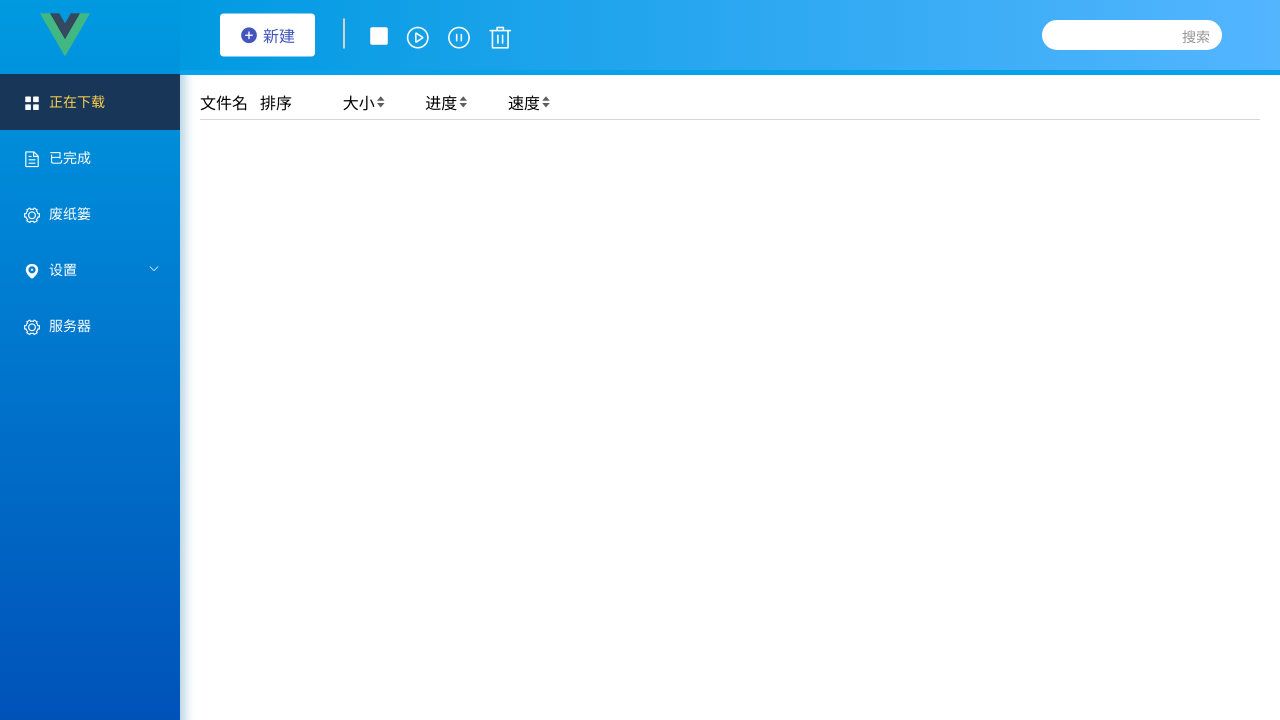
Repository: Ahui-qn/Aria2
Page: /
The author's editor kept a copy of each file at every save. The page is drawn from the files as they stood at one save, then again after the next save.
The browser window is 1280 px wide. The pictures show the whole page.
The page's requests for data from a server got no answer. The project was rebuilt for these pictures with package versions that can differ from the ones it lists, and the page was loaded fresh each time. No one was signed in, and anything a server would have sent is missing. Also part of the build but not shown: src/components/Tables.vue.

Above is the page before, as saved 2021-11-03 11:31:40.

### src/main.js
import Vue from "vue";
import App from "./App.vue";
import router from "./router";
import store from "./store";
import Aria2Client from "./aria2-client.js"
import ElementUI from 'element-ui'
import 'element-ui/lib/theme-chalk/index.css'
import './assets/global.css'

Vue.use(ElementUI)


Vue.config.productionTip = false;

window.aria3 = new Aria2Client({
                    host: 'localhost',
                    port: 6800,
                    secret: '123456',
                })


new Vue({
  router,
  store,
  render: (h) => h(App),
}).$mount("#app");

### src/App.vue
<style lang="less" scopen>
* {
    margin: 0;
    padding: 0;
    box-sizing: border-box;
}
#app {
    display: flex;
    height: 100%;
     .el {
         height: 100%;
        .outmost-menu {
            border: none;
            width: 180px;
            height: 100%;
            box-shadow:5px 10px 10px 0px #0069994c;
            background-image:linear-gradient(#009ae1, #0052b9);
            padding-top: 10px;
            i {
                color: white;
            }
            .frist {
                margin-top: 14px;
            }
            img {
                display: block;
                width: 50px;
                margin-left: 40px;
            }
            .el-submenu {
                .el-menu {
                    background-color: #1c66ab;
                    .el-menu-item {
                        min-width: 0;
                    }
                    .el-menu-item:focus {   // 设置分组里focus颜色
                        background-color: #173658;
                    }
                    .el-menu-item-group__title {
                        display: none;
                    }
                }
            }
            .is-active {       //设置分组外层的focus颜色
                background-color: #173658;
            }
            .el-menu-item:hover {
                background-color: #173658;
            }

            .el-submenu__title:hover {
                background-color: #173658;
            }
        }
    }
    header {
        flex-grow: 1;
        nav {
            height: 70px;
            width: 100%;
            background-image:linear-gradient(to right, #009ae1, #54b5ff);
            position: relative;
            box-shadow:#09a2e9 0px 5px 0px 0px;
            .edit-status {
                height: 100%;
                padding-left:20px;
                .new {
                    margin-left: 20px;
                    background-color: #fff;
                    position: absolute;
                    color: #4355bd;
                    top: 50%;
                    transform: translateY(-50%);
                    border: none;
                    font-size: 16px;
                    a {
                        text-decoration:none;
                        color: #4355bd;
                    }
                    i {
                        font-size: 18px;
                    }
                }
                .new::after {
                    content: '';
                    height: 30px;
                    width: 2px;
                    background-color: rgb(210, 210, 210);
                    position: absolute;
                    top: 5px;
                    right: -30px;
                }
                .el-button-group::before {
                    content: none;
                }
                .el-button-group {
                    display: flex;
                    justify-content: space-between;
                    align-items: center;
                    padding: 0;
                    height: 50px;
                    width: 160px;
                    position: absolute;
                    left: 190px;
                    top:53%;
                    transform: translateY(-50%);
                    .el-checkbox__inner{
                        width: 18px;
                        height: 18px;
                    }
                    .el-checkbox__inner::after{
                        width: 7px;
                        height: 13px;
                        transform:rotate(42deg) scaleY(1) translate(-1px,-2px);
                    }

                    .el-button--primary {
                        border:none
                    }
                    .el-button{
                        background-color: rgba(255, 127, 80, 0);
                        border-radius: 0;
                        padding: 0;
                        i {
                            font-size: 25px;
                        }
                    }
                }
                label.search {
                    position: absolute;
                    top: 50%;
                    right: 50px;
                    transform: translateY(-50%);
                    span {
                        color: rgb(150, 150, 150);
                        position: absolute;
                        top: 6px;
                        right: 20px;
                        font-weight: 200;
                        font-size: 14px;
                    }
                    input {
                        width: 180px;
                        height: 30px;
                        border-radius: 999px;
                        border: none;
                        margin-right: 8px;
                        padding: 0 10px;
                    }
                }
            }
        }
    }
}
</style>

<template>
    <div id="app">
        <div class="el">
            <el-menu class="outmost-menu" text-color="#fff" active-text-color="#ffd04b" :router="true" :default-active="currentPath()">
                <img class="" src="./assets/logo.png" alt="" />
                <el-menu-item class="frist" index="/">
                    <i class="el-icon-menu"></i>
                    <span slot="title">正在下载</span>
                </el-menu-item>
                <el-menu-item index="/completed">
                    <i class="el-icon-document"></i>
                    <span slot="title">已完成</span>
                </el-menu-item>
                <el-menu-item index="/deleted">
                    <i class="el-icon-setting"></i>
                    <span slot="title">废纸篓</span>
                </el-menu-item>
                <el-submenu index="/settings">
                    <template slot="title">
                        <i class="el-icon-location"></i>
                        <span>设置</span>
                    </template>
                    <el-menu-item-group>
                        <el-menu-item index="/settings/basic">基础设置</el-menu-item>
                        <el-menu-item index="/settings/http">HTTP设置</el-menu-item>
                        <el-menu-item index="/settings/rpc">RPC设置</el-menu-item>
                        <el-menu-item index="/settings/advanced">高级设置</el-menu-item>
                    </el-menu-item-group>
                </el-submenu>
                <el-menu-item index="/server">
                    <i class="el-icon-setting"></i>
                    <span slot="title">服务器</span>
                </el-menu-item>
            </el-menu>
        </div>
        <header>
            <nav>
                <div class="edit-status">
                    <router-link to="/new">
                        <el-button type="primary" class="new" icon="el-icon-circle-plus">新建</el-button>
                    </router-link>
                    <el-button-group>
                        <el-checkbox @change="selectAll"></el-checkbox>   <!--全选按钮 ,拿取到当前组件的内容传递过去-->
                        <el-button type="primary" icon="el-icon-video-play" @click.native="editStatus('unpause')"></el-button>  <!--开始按钮-->
                        <el-button type="primary" icon="el-icon-video-pause" @click.native="editStatus('pause')"></el-button>  <!--暂停按钮-->
                        <el-button type="primary" icon="el-icon-delete" @click.native="editStatus('remove')"></el-button>   <!--删除按钮-->
                    </el-button-group>
                    <label class="search"><input type="text" /><span>搜索</span></label>
                </div>
            </nav>
            <router-view ></router-view>
        </header>
    </div>
</template>

<script>
import { mapMutations, mapActions } from 'vuex'

export default {
    name: 'App',
    data() {
        return {}
    },
    methods: {
         ...mapActions([
            'editStatus',
            ]),
        ...mapMutations([
            'selectAll',
            ]),
        currentPath() {
            return /\/\w*\/?/.exec(location.hash)[0]
        },
    },
}
</script>

### src/router/index.js
import Vue from 'vue'
import VueRouter from 'vue-router'
import Downloading from '../views/Downloading'

Vue.use(VueRouter)

const routes = [
    {
        path: '/',
        name: 'Downloading',
        component: Downloading,
    },
    {
        path: '/completed',
        name: 'Completed',
        component: () => import(/* webpackChunkName: "Completed" */ '../views/Completed.vue'),
    },
    {
        path: '/deleted',
        name: 'Deleted',
        component: () => import(/* webpackChunkName: "Deleted" */ '../views/Deleted.vue'),
    },
    {
        path: '/new',
        name: 'new',
        component: () => import(/* webpackChunkName: "newTask" */ '../views/NewTask.vue'),
    },
    {
        path: '/task/:gid',
        name: 'TaskDetails',
        component: () => import(/* webpackChunkName: "TaskDetails" */ '../views/TaskDetails.vue'),
    },
    {
        path: '/settings/:type',
        component: () => import(/* webpackChunkName: "setting" */ '../views/Setting.vue'),
    },

]

const router = new VueRouter({
    routes,
})

export default router

### src/store/index.js
import Vue from 'vue'
import Vuex from 'vuex'
import Aria2Client from '../aria2-client'
import { MessageBox } from 'element-ui';

Vue.use(Vuex)

export default new Vuex.Store({
    // strict: true,
    state: {
        tasks: [],    //正在下载任务列表，为多个对象
        search: '',   // 搜索功能输入的内容
        completeds: [],   // 已完成的task数据
        selected: [],
        aria2: new Aria2Client({
            host: 'localhost',
            port: 6800,
            secret: '123456',
        }),
    },
    getters: {
        showSearch(state) {   // 输入的内容匹配文件名字，搜索
            if (state.search == '') {
                return state.tasks
            }else {
                return state.tasks.filter(task => {
                    return task.files[0].path.toLowerCase().includes(state.search.toLowerCase())
                })
            }
        },
        getFileSize(state) {
            return function (task) {
                if (task.totalLength  > 1048576) {
                    return (task.totalLength / 1024 / 1024).toFixed(2) + ' MB'
                }else {
                    return (task.totalLength / 1024).toFixed(2) + ' KB'
                }
            }

        },
        getDownloadSpeed(state) {   // 当前下载速度
            return function (task) {
                if (task.status == 'paused') {
                    return '暂停中'
                }else if (task.status == 'waiting') {
                    return '等待中'
                }else  if (task.downloadSpeed == '0') {
                    return 0 + 'KB/s'
                }else if (task.downloadSpeed >= 1048576) {
                    return (task.downloadSpeed / 1024 / 1024).toFixed(2) + 'MB/s'
                }else {
                    return (task.downloadSpeed / 1024 ).toFixed(2) + 'KB/s'
                }

            }
        },
        getLinkName(state) {
            return function (task) {
                if (task.files?.[0].path) {  // 如果存在此文件
                    return task.files[0].path.split('/').at(-1) // path存在是一定有文件名的
                }else {
                    return task.files?.[0].uris?.[0].uri.split('/').at(-1) ?? '未知'
                }
            }
        },
        getProgress(state) {   // 当前下载进度，%显示
            return function (task) {
                if (task.completedLength == '0') {  // ???/等于000
                    return 0
                }else {
                    return Number((task.completedLength / task.totalLength * 100).toFixed(1))
                }
            }
        },
    },

    mutations: {
        selectedSwitch(state,task) {  // 切换选中selectedSwitch
                let idx = state.selected.indexOf(task.gid)
                if (idx == -1) {
                    state.selected.push(task.gid)  // 只传id
                }else {
                    state.selected.splice(idx, 1)
                }
        },
        selectAll (state) {    // 全部选择函数
            if (location.href.split('/').at(-1) == 'completed') { // 如果是在已完成页面
                if (state.selected.length == state.completeds.length) {
                    state.selected = []
                }else {
                    state.completeds.forEach((task) => {
                        state.selected.push(task.gid)
                    })
                }
            }else {  // 如果是在正在下载页面
                if (state.selected.length == state.tasks.length) {
                    state.selected = []  // 如果两个全都选中则清空数组
                }else {
                    state.tasks.forEach((task) => {
                        state.selected.push(task.gid)
                    })
                }
            }

        },
        handleSearchChange(state,e) {   // 搜索双向绑定
            state.search = e.target.value
        },
        updateList(state, tasks) {   // actions触发的task更新赋值函数
            state.tasks = tasks
        },
        editCompleteds(state, completeds) {
            state.completeds = completeds    // 将获取到的completeds赋值到新的completeds上
        }
    },

    actions: {
        async getCompletedName({commit,state}) {
            let completeds = [
                ...await state.aria2.tellStopped(0,1000)
            ]
            commit('editCompleteds', completeds)
        },
        async submit({state}, url) {
            await state.aria2.addUri([url])
       },
        async asyncUpdateList({ commit, state}) {     // Downloading组件页面每秒钟调用此函数更新数据
            let tasks = [
                ...await state.aria2.tellActive(),
                ...await state.aria2.tellWaiting(0,100)
            ]
            commit('updateList', tasks)
        },

        async editStatus({ state }, status) {   // 操作task删除、暂停、开始的操作
            if (status == 'remove') {
                try {
                   await MessageBox.confirm('确定删除？')   // element组件库的函数，返回一个promise
                }catch(e) {
                    return
                }
            }
            let selectedTask =  state.tasks.filter((task) => {
                return state.selected.includes(task.gid)
            })

            try {
                for (let task of selectedTask) {
                    if (task.status == 'active' && status == 'unpause') continue
                    if (task.status == 'pause' && status == 'pause') continue  // 如果不是这两个就是remove
                    await state.aria2[status](task.gid)   // 关与暂停、开始、删除操作都是传入gid
                    // 已删除的任务状态为removed，可以做已完成和已删除分类
            }
            } catch(e) {
                console.log('用element消息通知提示用户已暂停')
            }
            this.dispatch('asyncUpdateList')    // 调用上面的update更新状态
        },
    },

    modules: {},
})

### src/aria2-client.js
class Aria2Client {
    constructor(options) {
        this.options = options
        this.ws = new WebSocket(`ws://${options.host}:${options.port}/jsonrpc`)

        this.lastId = 1
        this.callbacks = {}  // 存储每个每次函数调用的回调函数

        this.connectPromise = new Promise((resolve, reject) => {  // 要么websocket处于连接成功状态，要么处于连接失败状态，正在连接中的话执行下面的forEach会报错
            this.ws.addEventListener('open', () => {
              resolve()
            })
            this.ws.addEventListener('error', (e) => {
              reject('WS_CONNECTION_ERROR')
            })
          })

        this.ws.addEventListener('message', (e) => {
            let data = JSON.parse(e.data)
            let callback = this.callbacks[data.id]  // 无论data是error还是result都带着此次会话id
            delete this.callbacks[data.id]
            if (typeof callback == 'function') {
                callback(data)
            }
        })
    }
}


   ;[
    "addUri",
    "addTorrent",
    "getPeers",
    "addMetalink",
    "remove",
    "pause",
    "forcePause",
    "pauseAll",
    "forcePauseAll",
    "unpause",
    "unpauseAll",
    "forceRemove",
    "changePosition",
    "tellStatus",
    "getUris",
    "getFiles",
    "getServers",
    "tellActive",
    "tellWaiting",
    "tellStopped",
    "getOption",
    "changeUri",
    "changeOption",
    "getGlobalOption",
    "changeGlobalOption",
    "purgeDownloadResult",
    "removeDownloadResult",
    "getVersion",
    "getSessionInfo",
    "shutdown",
    "forceShutdown",
    "getGlobalStat",
    "saveSession"
    ].forEach(methodName => {
        Aria2Client.prototype[methodName] = function (...args) {  // ...args为每个函数的 『 第一个参数之后 』的每个参数
            return this.connectPromise.then(() => {   //

                return new Promise((resolve, reject) => {
                    let id = this.lastId++
                    this.callbacks[id] = function (data) {  //ws.message事件触发调用callback说明data收到
                        if (data.error) {  // 如果data放回的是一个error说明出错
                            reject(data.error)
                        }else {
                            resolve(data.result)    //拿到结果，promise状态确定
                        }
                    }
                    this.ws.send(JSON.stringify({
                        jsonrpc : '2.0',
                        id : id,
                        method: 'aria2.' + methodName,
                        params: [`token:${this.options.secret}`, ...args]
                    }))
                })

            })
        }
    })




    export default Aria2Client

### src/assets/global.css
html, body {
    height: 100%;
    width: 100%;
}

### src/views/Downloading.vue
<style scoped lang="less">
</style>

<template>
    <div id="dowloading">
        <Header :isShowSpeed="true"/>
        <Tables
            v-for="(task) of showSearch"
            @click.native="selectedSwitch(task)"
            :key="task.gid"
            :filename="getLinkName(task)"
            :filesize="getFileSize(task)"
            :progress="getProgress(task)"
            :speed="getDownloadSpeed(task)"
            :selected="selected"
            :task="task"
        />
    </div>
</template>

<script>

import { mapState , mapMutations, mapGetters,  mapActions} from "vuex"
import Header from '../components/Header.vue'
import Tables from  "../components/Tables.vue"
export default {
    name:'downloading',
    data() {
        return {}
    },
    components: {
        Tables,
        Header,
    },
    mounted() {
        this.$store.dispatch('asyncUpdateList')
        this.IntervalId = setInterval(() => {
            this.$store.dispatch('asyncUpdateList')
        },1000)
    },

    beforeDestroy() {
        clearInterval(this.IntervalId)
    },
    computed : {
        ...mapState(['selected']),
        ...mapGetters([
            'showSearch',
            'getLinkName',
            'getProgress',
            'getDownloadSpeed',
            'getFileSize'
            ]),
    },
    methods :{
        ...mapActions(['editStatus']),
        ...mapMutations([   // 函数作用注释在store里
            'selectedSwitch',
            'selectAll',
            'updateList',
            'handleSearchChange',
            ]),
    },
}
</script>

### src/components/Header.vue
<style scoped lang="less">
    .classify {
        margin: 20px;
        font-size: 16px;
        position: relative;
        height: 30px;
        border-bottom: 1px rgba(198, 198, 198, 0.715) solid;
        div.container {
            position: absolute;
            top: 0;
            left: 60px;
            display: flex;
            width: 280px;
            justify-content: space-between;
            div {
                position: relative;
                i {
                    position: absolute;
                    font-size: 12px;
                    color: rgb(94, 94, 94);
                }
                i:nth-of-type(1) {
                    top: 3px;
                }
                i:nth-of-type(2) {
                    top: 9px;
                }
            }
        }
}
</style>
<template>
    <div>
        <header class="classify">
            <span>文件名</span>
            <div class="container">
                <p>排序</p>
                <div>
                    <span>大小</span>
                    <i class="el-icon-caret-top"></i>
                    <i class="el-icon-caret-bottom"></i>
                </div>
                <div>
                    <span>进度</span>
                    <i class="el-icon-caret-top"></i>
                    <i class="el-icon-caret-bottom"></i>
                </div>
                <div v-show="isShowSpeed">
                    <span>速度</span>
                     <i class="el-icon-caret-top"></i>
                     <i class="el-icon-caret-bottom"></i>
                </div>
            </div>
        </header>
    </div>
</template>
<script>
export default {
    name: 'Header',
    props: {
        isShowSpeed: {
            type: Boolean,
            required: false,
            default: true
        }
    }
}
</script>

Loaded but not shown: public/index.html (common file)

After the next save:
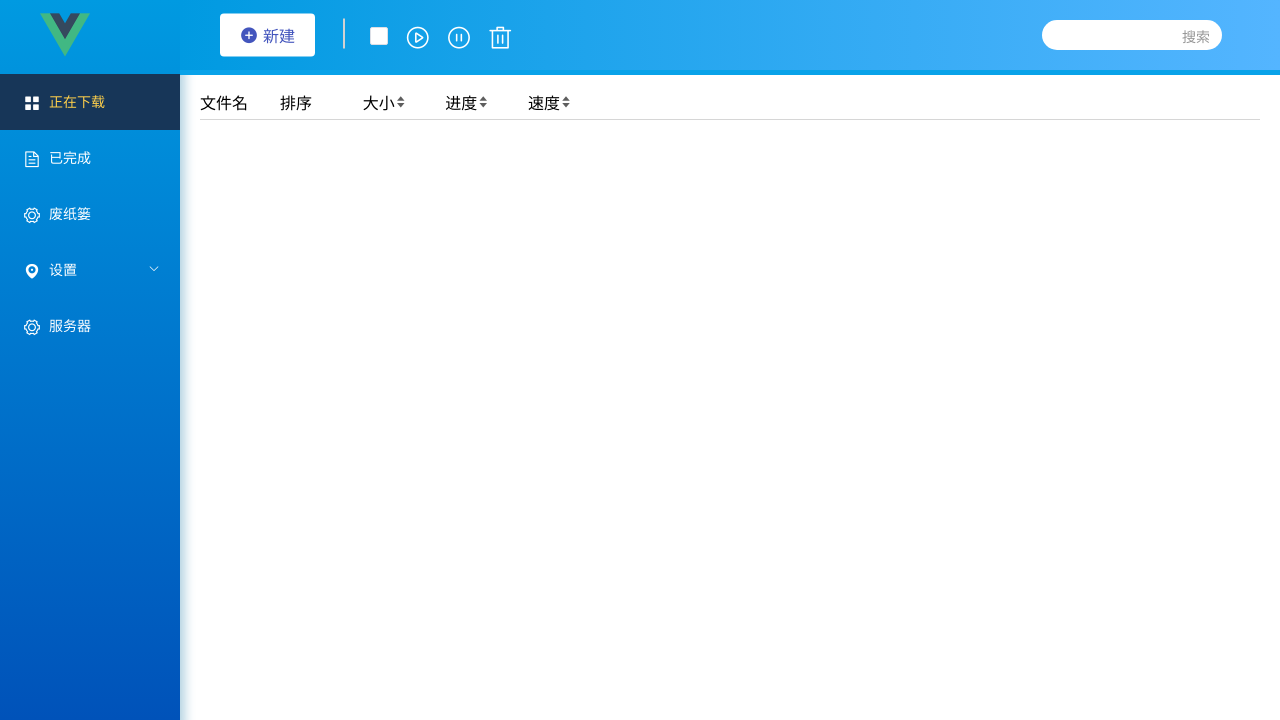
Saved 4 s later.
--- a/src/components/Header.vue
+++ b/src/components/Header.vue
@@ -8,7 +8,7 @@
         div.container {
             position: absolute;
             top: 0;
-            left: 60px;
+            left: 80px;
             display: flex;
             width: 280px;
             justify-content: space-between;
